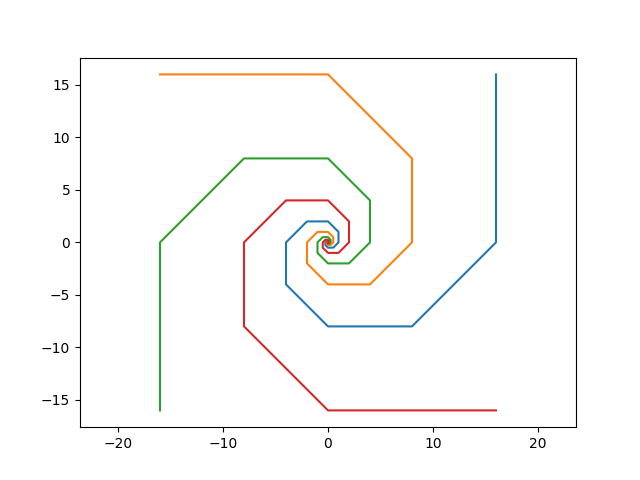
Repository: lbylzkx/Circle-Point-Manuscript
Script's output: python 卍.py
An editor plug-in stored every save of this project. The script's output is shown before and after the next save, followed by the edit.
Random numbers start from a fixed seed.

Above is the script's output before, as saved 2023-09-20 11:20:10.

After the next save:
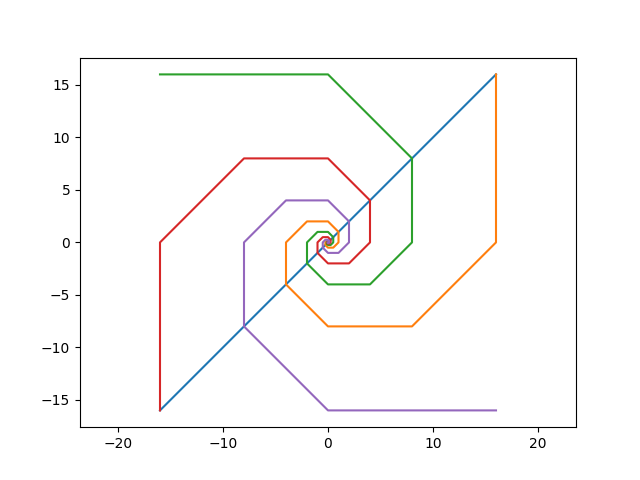
Saved 31 s later.
--- a/卍.py
+++ b/卍.py
@@ -12,6 +12,7 @@ def y_position(n, thelta=0):
 
 axis_x = [x_position(9), x_position(9, thelta=np.pi)]
 axis_y = [y_position(9), y_position(9, thelta=np.pi)]
+plt.plot(axis_x, axis_y)
 
 
 plt.plot()
